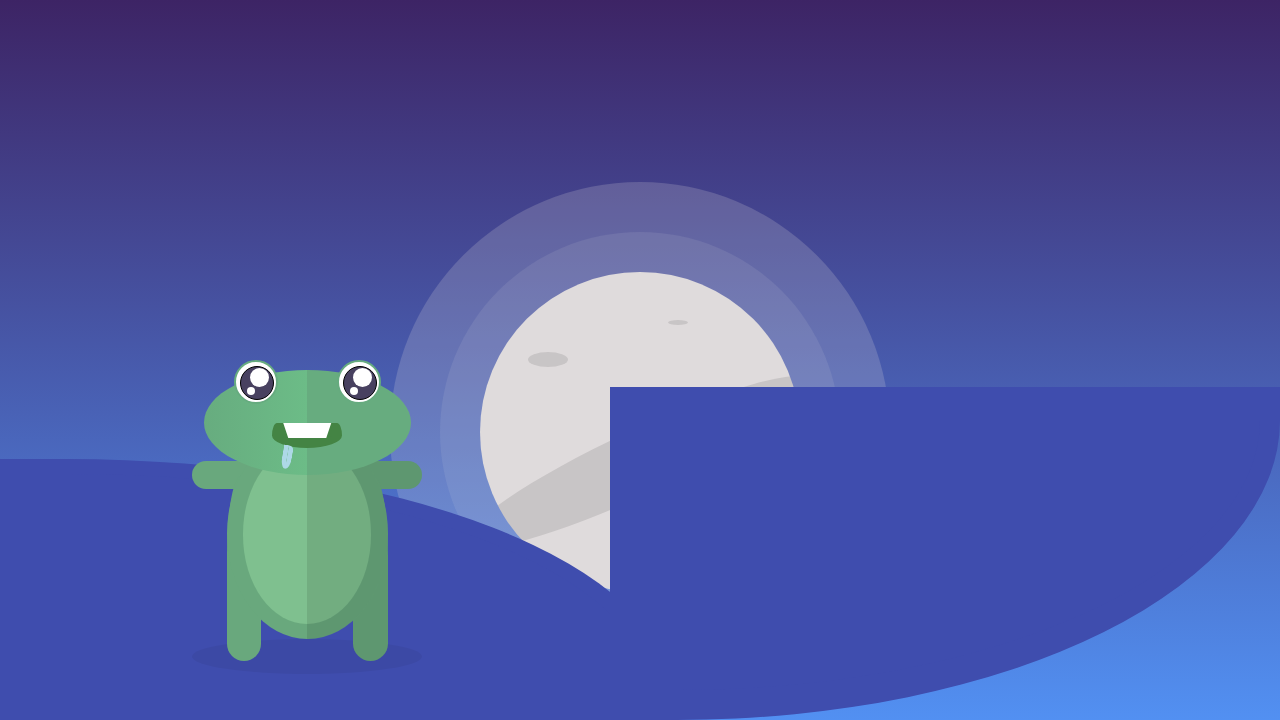
Repository: celinakhalife/cssCharacterDesign
Page: /
The author's editor kept a copy of each file at every save. The page is drawn from the files as they stood at one save, then again after the next save.
The browser window is 1280 px wide. The pictures show the whole page.
The project was rebuilt for these pictures with package versions that can differ from the ones it lists, and the page was loaded fresh each time. Also part of the build but not shown: angular.json.

Above is the page before, as saved 2018-10-21 13:30:43.

### src/index.html
<!doctype html>
<html lang="en">
<head>
  <meta charset="utf-8">
  <title>AnimalKingdom</title>
  <base href="/">

  <meta name="viewport" content="width=device-width, initial-scale=1">
  <link rel="icon" type="image/x-icon" href="favicon.ico">
</head>
<body>
  <app-root></app-root>
</body>
</html>

### src/styles.scss
/* You can add global styles to this file, and also import other style files */
body, html{
    width:100%;
    height: 100%;
    padding:0;
    margin:0;
}

### src/app/app.component.ts
import { Component } from '@angular/core';

@Component({
  selector: 'app-root',
  templateUrl: './app.component.html',
  styleUrls: ['./app.component.scss']
})
export class AppComponent {
  title = 'animalKingdom';
}

### src/app/alien/alien.component.ts
import { Component, OnInit } from '@angular/core';

@Component({
  selector: 'app-alien',
  templateUrl: './alien.component.html',
  styleUrls: ['./alien.component.scss']
})
export class AlienComponent implements OnInit {

  constructor() { }

  ngOnInit() {
  }

}

### src/app/app.component.html
<div class="background">
  <div class="planet">
    <div class="circle-2">
      <div class="circle-1">
        <div class="hole hole-1"></div>
        <div class="hole hole-2"></div>
        <div class="strip"></div>
      </div>
    </div>

  </div>

  <div class="land-left"></div>
  <div class="land-right"></div>
</div>

<app-alien></app-alien>

### src/app/app.component.scss
.background {
  background: rgb(61, 36, 101); /* Old browsers */
  background: -moz-linear-gradient(
    top,
    rgba(61, 36, 101, 1) 0%,
    rgba(82, 144, 242, 1) 100%
  ); /* FF3.6-15 */
  background: -webkit-linear-gradient(
    top,
    rgba(61, 36, 101, 1) 0%,
    rgba(82, 144, 242, 1) 100%
  ); /* Chrome10-25,Safari5.1-6 */
  background: linear-gradient(
    to bottom,
    rgba(61, 36, 101, 1) 0%,
    rgba(82, 144, 242, 1) 100%
  ); /* W3C, IE10+, FF16+, Chrome26+, Opera12+, Safari7+ */
  filter: progid:DXImageTransform.Microsoft.gradient( startColorstr='#3d2465', endColorstr='#5290f2',GradientType=0 ); /* IE6-9 */
  width: 100%;
  height: 100%;
  overflow: hidden;
  position: relative;

  .planet {
    width: 80vw;
    height: 80vw;
    max-width: 500px;
    max-height: 500px;
    background-color: rgba(223, 219, 220, 0.2);
    border-radius: 50%;
    position: absolute;
    top: 60%;
    left: 50%;
    transform: translate(-50%, -50%);

    .circle-2,
    .circle-1 {
      width: 80%;
      height: 80%;
      border-radius: 50%;
      margin-top: 10%;
      margin-left: 10%;
      display: inline-block;
      position: relative;
      overflow: hidden;
    }

    .circle-2 {
      background-color: rgba(223, 219, 220, 0.1);
      .circle-1 {
        background-color: rgb(223, 219, 220);
        .hole {
          background-color: rgba(0, 0, 0, 0.1);
          border-radius: 50%;
          position: absolute;

          &.hole-1 {
            width: 40px;
            height: 15px;
            top: 25%;
            left: 15%;
          }
          &.hole-2 {
            width: 20px;
            height: 5px;
            top: 15%;
            right: 35%;
          }
        }
        .strip {
          background-color: rgba(0, 0, 0, 0.1);
          position: absolute;
          width: 20%;
          height: 120%;
          left: 100%;
          top: 25%;
          transform: rotate(65deg);
          transform-origin: 0 0;
          border-radius: 50%;
        }
      }
    }
  }

  .land-left {
    width: 50%;
    position: absolute;
    bottom: 0;
    height: 30%;
    border-width: 40px 20px 30px 10px;
    border-style: solid;
    border-radius: 0 90% 0% 0%;
    border-top: 15px solid transparent;
    background-color: #3f4dae;
    border-color: #3f4dae;
  }

  .land-right {
    width: 50%;
    position: absolute;
    bottom: 0;
    right: 0;
    height: 40%;
    border-width: 40px 20px 30px 10px;
    border-style: solid;
    border-radius: 0 0 90% 0%;
    border-top: 15px solid transparent;
    background-color: #3f4dae;
    border-color: #3f4dae;
  }
}

### src/app/alien/alien.component.html
<div class="monster">
  <div class="head roundShape">
    <div class="eyes roundShape left">
      <div class="eyeball roundShape">
        <div class="cirleBig roundShape"></div>
        <div class="cirleSmall roundShape"></div>
      </div>
    </div>
    <div class="eyes roundShape right">
      <div class="eyeball roundShape">
        <div class="cirleBig roundShape"></div>
        <div class="cirleSmall roundShape"></div>
      </div>
    </div>
    <div class="mouth">
      <div class="teeth"></div>
      <div class="drool"></div>
    </div>
  </div>
  <div class="body">
    <div class="belly roundShape"></div>
    <div class="darkOverlay"></div>
  </div>
  <div class="hand right"></div>
  <div class="hand left"></div>

  <div class="feet right"></div>
  <div class="feet left"></div>

  <div class="shadow"></div>
</div>

### src/app/alien/alien.component.scss
.roundShape {
  border-radius: 50%;
}

.monster {
  position: absolute;
  left: 15%;
  bottom: 0;
  width: 230px;
  height: 350px;

  .head {
    /* Permalink - use to edit and share this gradient: http://colorzilla.com/gradient-editor/#67ac7f+0,6cbc87+50,67ac7f+50,67ac7f+100 */
    background: rgb(103, 172, 127); /* Old browsers */
    background: -moz-linear-gradient(
      left,
      rgba(103, 172, 127, 1) 0%,
      rgba(108, 188, 135, 1) 50%,
      rgba(103, 172, 127, 1) 50%,
      rgba(103, 172, 127, 1) 100%
    ); /* FF3.6-15 */
    background: -webkit-linear-gradient(
      left,
      rgba(103, 172, 127, 1) 0%,
      rgba(108, 188, 135, 1) 50%,
      rgba(103, 172, 127, 1) 50%,
      rgba(103, 172, 127, 1) 100%
    ); /* Chrome10-25,Safari5.1-6 */
    background: linear-gradient(
      to right,
      rgba(103, 172, 127, 1) 0%,
      rgba(108, 188, 135, 1) 50%,
      rgba(103, 172, 127, 1) 50%,
      rgba(103, 172, 127, 1) 100%
    ); /* W3C, IE10+, FF16+, Chrome26+, Opera12+, Safari7+ */
    filter: progid:DXImageTransform.Microsoft.gradient( startColorstr='#67ac7f', endColorstr='#67ac7f',GradientType=1 ); /* IE6-9 */
    width: 90%;
    margin-left: 5%;
    height: 30%;
    z-index: 2;
    position: relative;
    > .darkOverlay {
      border-radius: 50% / 0 50% 50% 0;
    }
    .eyes {
      position: absolute;
      background: white;
      border: 2px solid #66ab7f;
      top: -10px;
      top: -10%;
      width: 40px;
      height: 40px;

      &.left {
        left: 30px;
      }
      &.right {
        right: 30px;
      }

      .eyeball {
        width: 80%;
        height: 80%;
        background: #484160;
        border: 1px solid black;
        position: absolute;
        top: 10%;
        left: 5%;
        animation: eyesAnimation ease infinite 4s; /* IE 10+, Fx 29+ */

        .cirleBig,
        .cirleSmall {
          background: white;
        }
        .cirleBig {
          width: 60%;
          height: 60%;
          margin: 5% 0% 0% 10%;
          animation: eyesCircleBigAnimation ease infinite 4s; /* IE 10+, Fx 29+ */
        }
        .cirleSmall {
          width: 25%;
          height: 25%;
          margin: 0 0% 0 45%;
          animation: eyesCircleSmallAnimation ease infinite 4s; /* IE 10+, Fx 29+ */
        }
      }
    }
    .mouth {
      width: 50px;
      height: 5px;
      border-width: 10px;
      border-color: #448444;
      background: #448444;
      border-radius: 5px 5px 50% 50% / 50% 50% 50% 50%;
      border-style: solid;
      position: absolute;
      top: 50%;
      left: 50%;
      transform: translateX(-50%);
      animation: mouthAnimation ease infinite 10s;

      .teeth {
        width: 75%;
        height: 0;
        border-left: 5px solid transparent;
        border-right: 5px solid transparent;
        border-bottom: 1px solid transparent;
        border-top: 15px solid white;
        border-style: solid;
        position: relative;
        top: -10px;
        left: 50%;
        transform: translateX(-50%);
        animation: teethAnimation ease infinite 10s;
      }

      .drool {
        border-color: lightblue;
        border-style: solid;
        width: 0;
        height: 0;
        border-width: 0px 5px 6px 5px;
        position: absolute;
        top: 12px;
        transform: rotate(10deg);
        border-radius: 0% 50% 50% 50% / 20% 20% 50% 50%;
        animation: droolingAnimation ease infinite 10s;
      }
    }
  }
  .body {
    height: 60%;
    margin-top: -20%;
    background: #69a87d;
    width: 70%;
    margin-left: 15%;
    overflow: hidden;
    z-index: 1;
    position: relative;
    border-radius: 50%;

    .darkOverlay {
      background: rgba(0, 0, 0, 0.1);
      width: 50%;
      height: 100%;
      position: absolute;
      left: 50%;
      top: 0;
    }
    .belly {
      width: 80%;
      height: 85%;
      margin: 10% 0 0 10%;
      background: #7fc08f;
      display: inline-block;
    }
  }
  .hand {
    width: 50%;
    background: #69a87d;
    height: 8%;
    border-radius: 20px;
    position: absolute;
    top: 26%;
    z-index: 0;
    &.left {
      left: 0;
    }
    &.right {
      background: #5e9770;
      right: 0;
      animation: helloAnimation ease 0.3s 5; /* IE 10+, Fx 29+ */
    }
  }
  .feet {
    width: 15%;
    background: #69a87d;
    height: 53%;
    position: absolute;
    top: 30%;
    z-index: 0;
    &.left {
      left: 15%;
      border-radius: 50% 50% 20px 20px;
    }
    &.right {
      background: #5e9770;
      right: 15%;
      border-radius: 50% 50% 20px 20px;
    }
  }
  .shadow {
    background: rgba(0, 0, 0, 0.05);
    width: 100%;
    height: 10%;
    border-radius: 50%;
    z-index: 0;
  }
}

@-webkit-keyframes eyesAnimation {
  0% {
    top: 10%;
    left: 5%;
  }
  25% {
    top: 10%;
    left: 10%;
  }
  50% {
    top: 10%;
    left: 5%;
  }
}

@-webkit-keyframes eyesCircleBigAnimation {
  0% {
    margin: 5% 0% 0% 10%;
  }
  25% {
    margin: 5% 0% 0% 30%;
  }
  50% {
    margin: 5% 0% 0% 10%;
  }
}
@-webkit-keyframes eyesCircleSmallAnimation {
  0% {
    margin: 0% 0% 0% 45%;
  }
  25% {
    margin: 0% 0% 0% 20%;
  }
  50% {
    margin: 0% 0% 0% 45%;
  }
}

@-webkit-keyframes droolingAnimation {
  75% {
    height: 20px;
    top: 12px;
  }
  80% {
    height: 0px;
    top: 8px;
  }
  85% {
    top: 12px;
  }
}

@-webkit-keyframes mouthAnimation {
  75% {
    height: 5px;
    border-left-width: 10px;
    border-right-width: 10px;
  }
  80% {
    height: 0;
    border-left-width: 5px;
    border-right-width: 5px;
  }
  85% {
    height: 5px;
    border-left-width: 10px;
    border-right-width: 10px;
  }
}

@-webkit-keyframes teethAnimation {
  75% {
    width: 75%;
  }
  80% {
    width: 70%;
  }
  85% {
    width: 75%;
  }
}

@-webkit-keyframes helloAnimation {
  10% {
    transform: rotate(0deg);
  }
  50% {
    transform: rotate(-15deg);
  }
  100% {
    transform: rotate(0deg);
  }
}

Loaded but not shown: src/main.ts (common file); src/app/app.module.ts (common file); src/environments/environment.ts (common file)

After the next save:
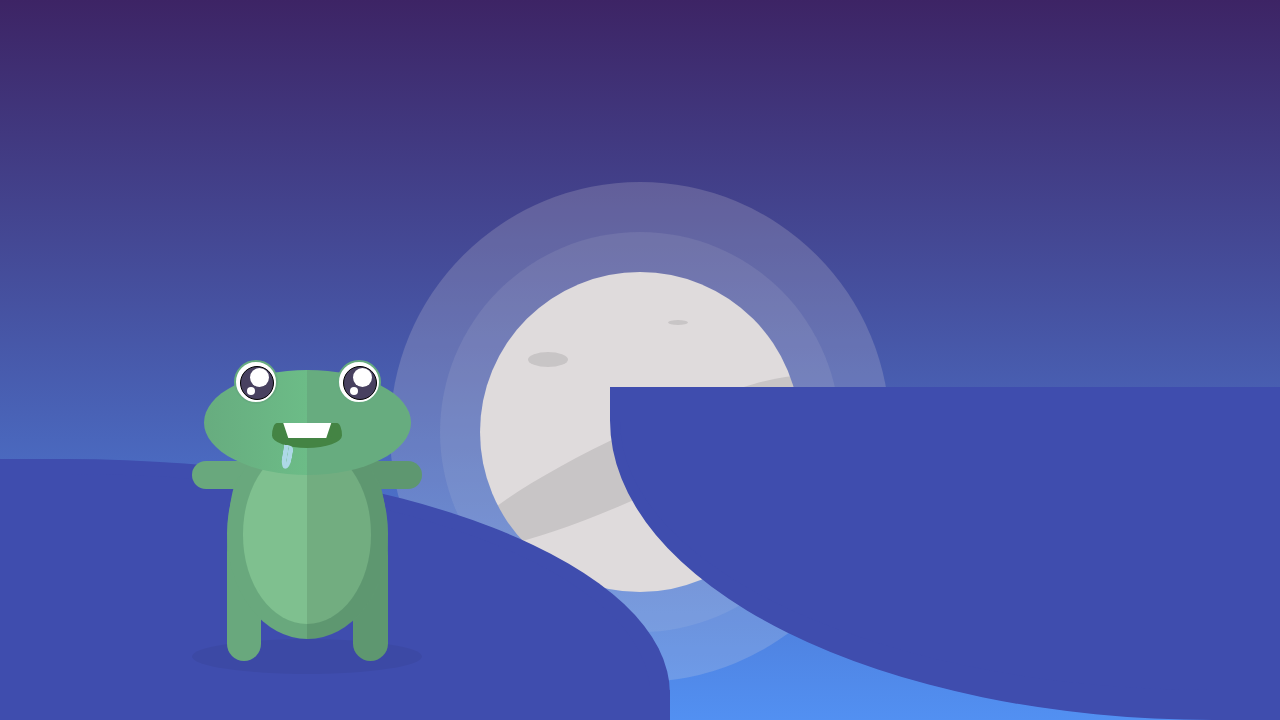
Saved 95 s later.
--- a/src/app/app.component.scss
+++ b/src/app/app.component.scss
@@ -103,7 +103,7 @@
     height: 40%;
     border-width: 40px 20px 30px 10px;
     border-style: solid;
-    border-radius: 0 0 90% 0%;
+    border-radius: 0 0 0% 90%;
     border-top: 15px solid transparent;
     background-color: #3f4dae;
     border-color: #3f4dae;
